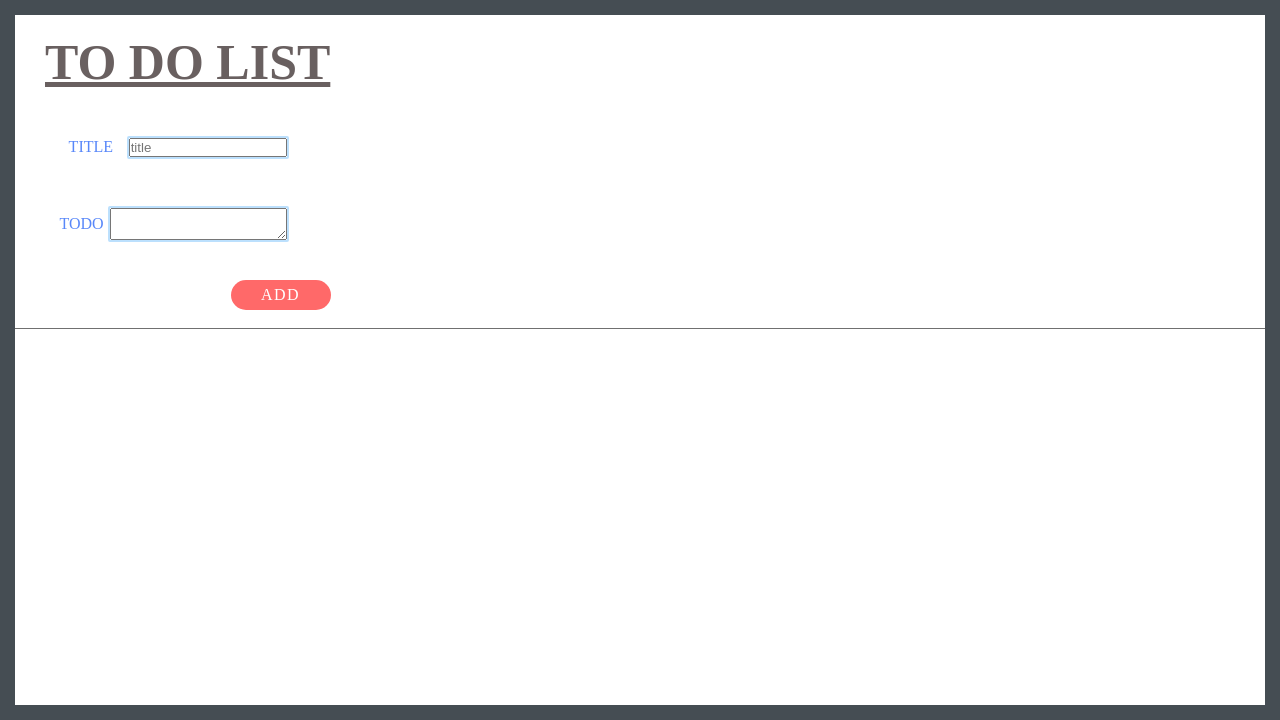
Repository: NagataRyuji0630/shinjin-otameshi
Page: todo_white_board.html
An editor plug-in stored every save of this project. The page is shown before and after the next save, followed by the edit.
The browser window is 1280 px wide. The pictures show the whole page.

Above is the page before, as saved 2020-06-11 23:13:30.
Not found: todoWhiteBoard.js

### todo_white_board.html
<!DOCTYPE html>
<html lang="ja">

<head>
    <meta charset="UTF-8">
    <meta name="viewport" content="width=device-width, initial-scale=1.0">
    <meta http-equiv="X-UA-Compatible" content="ie=edge">
    <link rel="stylesheet" href="./todo_white_board.css">
    <script src="./constants.js"></script>
    <script src="./domAction.js"></script>
    <script src="./todoWhiteBoard.js"></script>
    <title>Todo White Board</title>
</head>

<body>
    <div class="white_board display_flex_justify direction_colum">

        <div id="board_title_container" class="display_flex_align">
            <div id="board_title">TO DO LIST</div>
        </div>

        <div id="form_container" class="display_flex_justify direction_colum">

            <div class="input_content display_flex_all direction_row">
                <div class="input_title display_flex_all">TITLE</div>
                <div class="blue_form display_flex_all">
                    <input id="todo_title" type="text" placeholder="title" />
                </div>
            </div>

            <div class="input_content display_flex_all direction_row">
                <div class="input_title display_flex_all">TODO</div>
                <div class="blue_form display_flex_all">
                    <textarea id="todo_detail"></textarea>
                </div>

            </div>

            <div id="btn_container" class="display_flex_align">
                <div class="btn red_btn display_flex_all" id="todo_add_btn">
                    <div class="btn_text">ADD</div>
                </div>
            </div>
        </div>

        <div id="todo_list_container"></div>
    </div>
</body>

</html>

### todo_white_board.css
* {
    margin: 0px;
    padding: 0px;
    box-sizing: border-box;
}

body, html {
    width: 100%;
    height: 100%;
    font-size: 16px;
    overflow-x: hidden;
}

.display_flex_all {
    display: flex;
    justify-content: center;
    align-items: center;
}

.display_flex_justify {
    display: flex;
    justify-content: center;
}

.display_flex_align {
    display: flex;
    align-items: center;
}

.direction_colum {
    flex-direction: column;
}

.direction_row {
    flex-direction: row;
}

.white_board {
    width: 100%;
    height: 100%;
    border: 15px solid #454D53;
}

#board_title_container {
    width: auto;
    height: 15%;
    padding-left: 30px;
}

#board_title {
    text-align: center;
    text-decoration: underline;
    font-size: 50px;
    font-weight: bold;
    letter-spacing: 0px;
    color: #696060;
}

#form_container {
    width: 100%;
    height: 35%;
    padding: 0px 40px;
    border-bottom: 1px solid #707070;
}

.input_content {
    width: 20%;
    height: 35%;
}

.input_title {
    width: 35%;
    height: 100%;
    text-align: center;
    font: Bold 20px;
    letter-spacing: 0px;
    color: #5887F9;
}

.blue_form {
    background: #F1F9FF 0% 0% no-repeat padding-box;
    border: 2px solid #BCE0FD;
    border-radius: 2px;
}

#todo_title {
    text-align: left;
    width: 100%;
    height: 100%;
}

#todo_detail {
    text-align: left;
    font: Bold 20px;
    letter-spacing: 0px;
    color: #5887F9;
}

#btn_container {
    width: 100%;
    height: 30%;
}

.btn {
    width: 100px;
    height: 30px;
    border-radius: 24px;
}

.red_btn {
    background-color: #FF6969;
}

#todo_add_btn {
    position: relative;
    left: 15%
}

.btn_text {
    text-align: center;
    font: Bold 24px;
    letter-spacing: 1.44px;
    color: #FFFFFF;
}

#todo_list_container {
    width: 100%;
    height: 60%;
}

Loaded but not shown: constants.js (no stored copy; drawn as an empty file); domAction.js (no stored copy; drawn as an empty file)

After the next save:
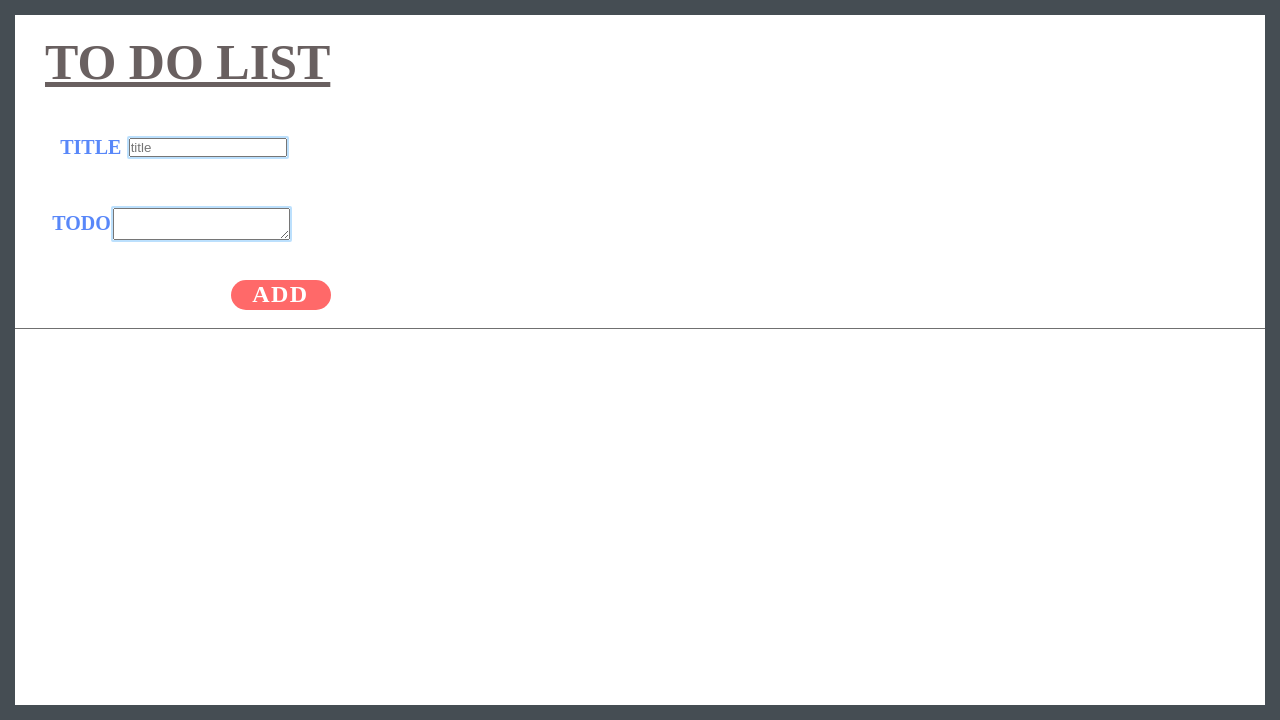
Saved 36 s later.
--- a/todo_white_board.css
+++ b/todo_white_board.css
@@ -72,7 +72,8 @@
     width: 35%;
     height: 100%;
     text-align: center;
-    font: Bold 20px;
+    font-size: 20px;
+    font-weight: bold;
     letter-spacing: 0px;
     color: #5887F9;
 }
@@ -118,7 +119,8 @@
 
 .btn_text {
     text-align: center;
-    font: Bold 24px;
+    font-size: 24px;
+    font-weight: bold;
     letter-spacing: 1.44px;
     color: #FFFFFF;
 }
